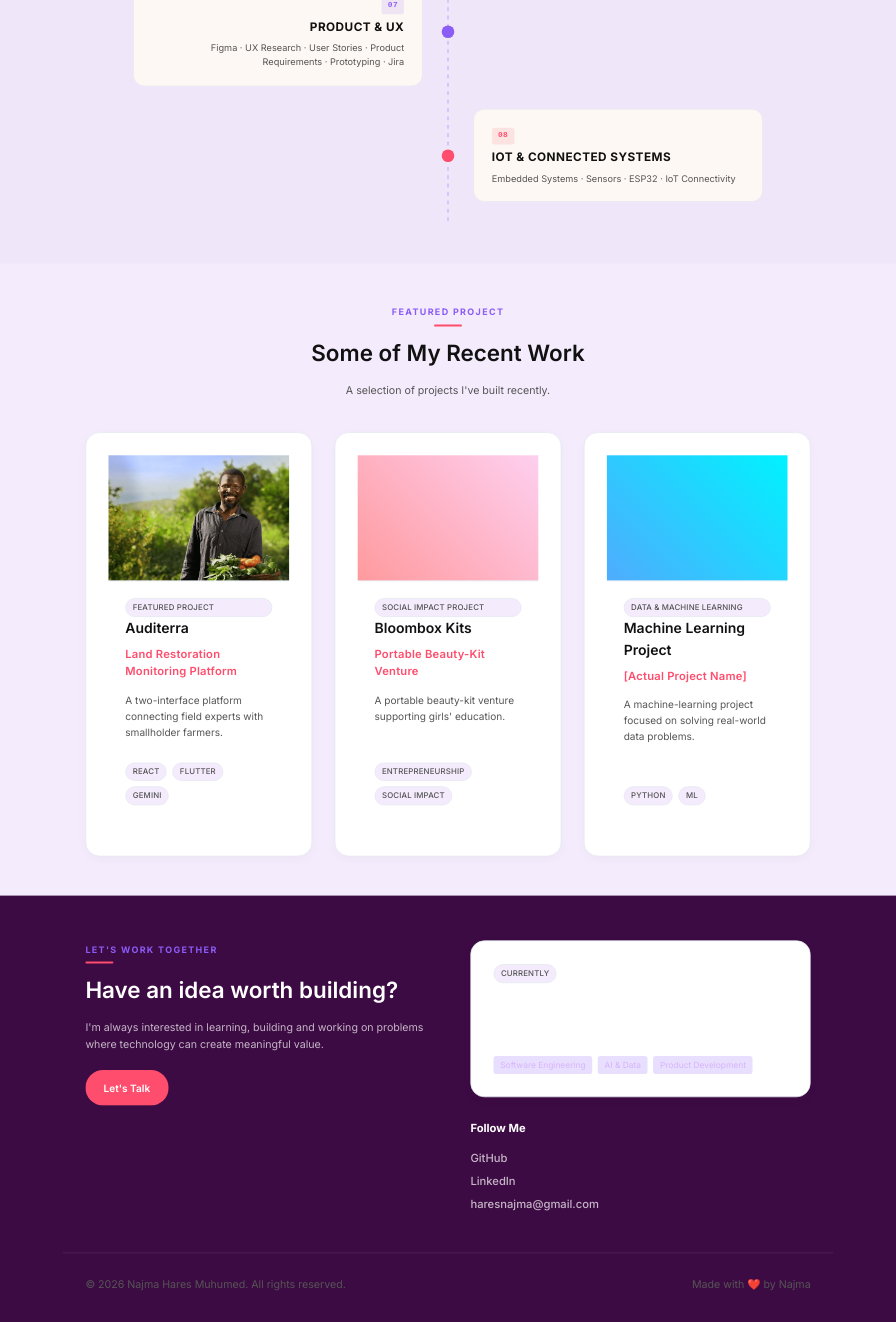
Repository: najmahares/portfolio
Page: index.html
An editor plug-in stored every save of this project. The page is shown before and after the next save, followed by the edit.
The browser window is 1280 px wide. The pictures show the part of the page from y = 2748 to 4668 px (the page is 4636 px tall before and 4668 px after), at 70% of full size.

Above is the page before, as saved 2026-09-19 09:54:53.

After the next save:
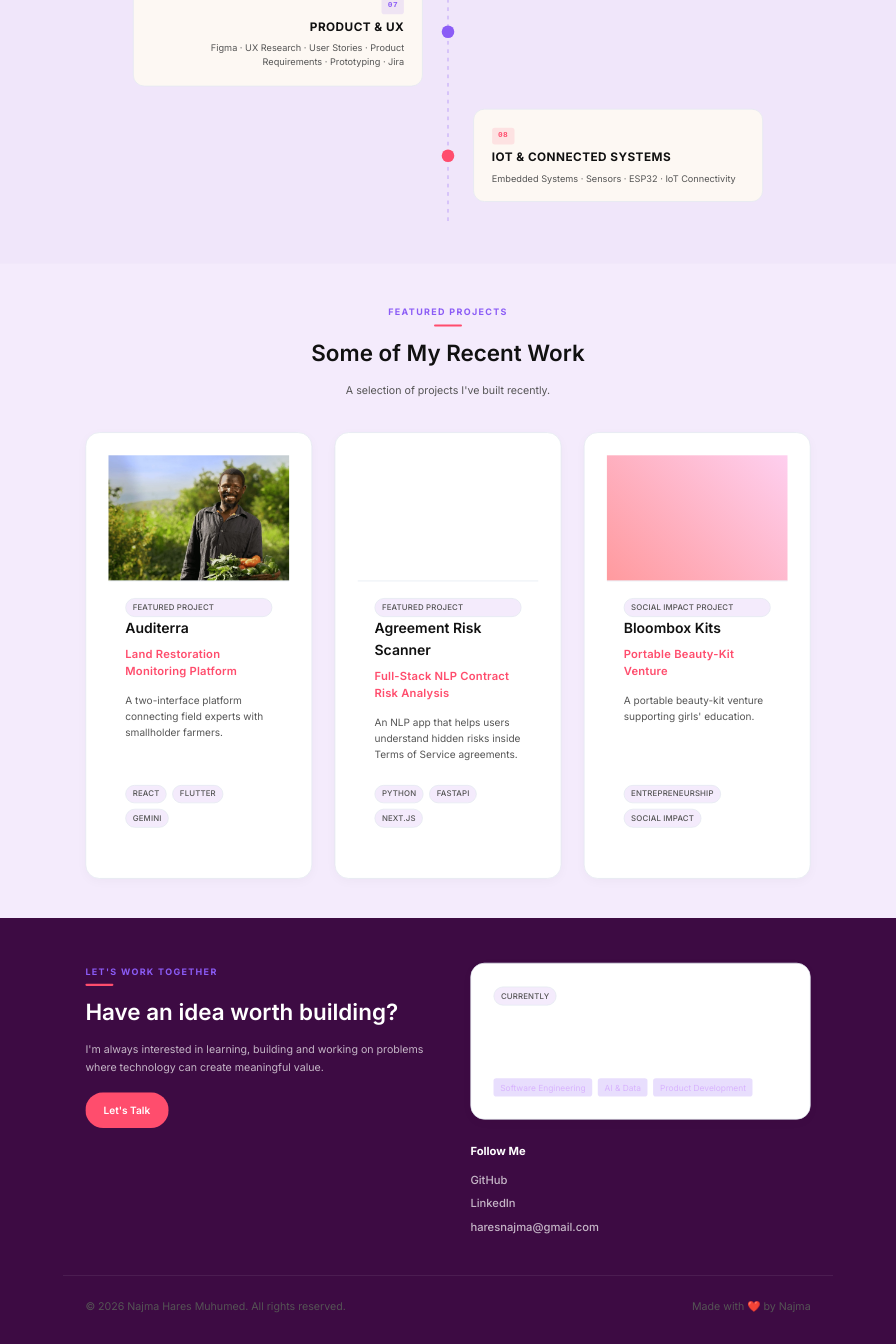
Not found: assets/project-agreement-scanner.jpg
Saved 65 s later.
--- a/index.html
+++ b/index.html
@@ -137,6 +137,7 @@
       </div>
     </section>
 
+    <!-- Skills -->
     <section id="skills" class="section bg-alt">
       <div class="container">
         <div class="section-header reveal">
@@ -245,16 +246,22 @@
         </div>
       </div>
     </section>
+
     <!-- Recent Work -->
     <section id="projects" class="section">
       <div class="container">
         <div class="section-header reveal">
-          <span class="section-tag">FEATURED PROJECT</span>
+          <span class="section-tag">FEATURED PROJECTS</span>
           <h2>Some of My Recent Work</h2>
           <p>A selection of projects I've built recently.</p>
         </div>
+
         <div class="projects-grid">
-          <a href="project.html" class="card project-card reveal tilt-card">
+          <!-- Card 1: Auditerra -->
+          <a
+            href="project.html#auditerra"
+            class="card project-card reveal tilt-card"
+          >
             <div
               class="project-img"
               style="
@@ -278,7 +285,41 @@
               </div>
             </div>
           </a>
-          <a href="project.html" class="card project-card reveal tilt-card">
+
+          <!-- Card 2: Agreement Risk Scanner -->
+          <a
+            href="project.html#agreement-scanner"
+            class="card project-card reveal tilt-card"
+          >
+            <div
+              class="project-img"
+              style="
+                background-image: url(&quot;assets/project-agreement-scanner.jpg&quot;);
+              "
+            ></div>
+            <div class="project-info">
+              <span class="badge-sm">FEATURED PROJECT</span>
+              <h3>Agreement Risk Scanner</h3>
+              <p class="project-subtitle">
+                Full-Stack NLP Contract Risk Analysis
+              </p>
+              <p class="project-desc">
+                An NLP app that helps users understand hidden risks inside Terms
+                of Service agreements.
+              </p>
+              <div class="project-tags">
+                <span class="badge-sm">Python</span>
+                <span class="badge-sm">FastAPI</span>
+                <span class="badge-sm">Next.js</span>
+              </div>
+            </div>
+          </a>
+
+          <!-- Card 3: Bloombox Kits -->
+          <a
+            href="project.html#bloombox"
+            class="card project-card reveal tilt-card"
+          >
             <div class="project-img placeholder-2"></div>
             <div class="project-info">
               <span class="badge-sm">SOCIAL IMPACT PROJECT</span>
@@ -290,22 +331,6 @@
               <div class="project-tags">
                 <span class="badge-sm">Entrepreneurship</span>
                 <span class="badge-sm">Social Impact</span>
-              </div>
-            </div>
-          </a>
-          <a href="project.html" class="card project-card reveal tilt-card">
-            <div class="project-img placeholder-3"></div>
-            <div class="project-info">
-              <span class="badge-sm">DATA & MACHINE LEARNING</span>
-              <h3>Machine Learning Project</h3>
-              <p class="project-subtitle">[Actual Project Name]</p>
-              <p class="project-desc">
-                A machine-learning project focused on solving real-world data
-                problems.
-              </p>
-              <div class="project-tags">
-                <span class="badge-sm">Python</span>
-                <span class="badge-sm">ML</span>
               </div>
             </div>
           </a>
